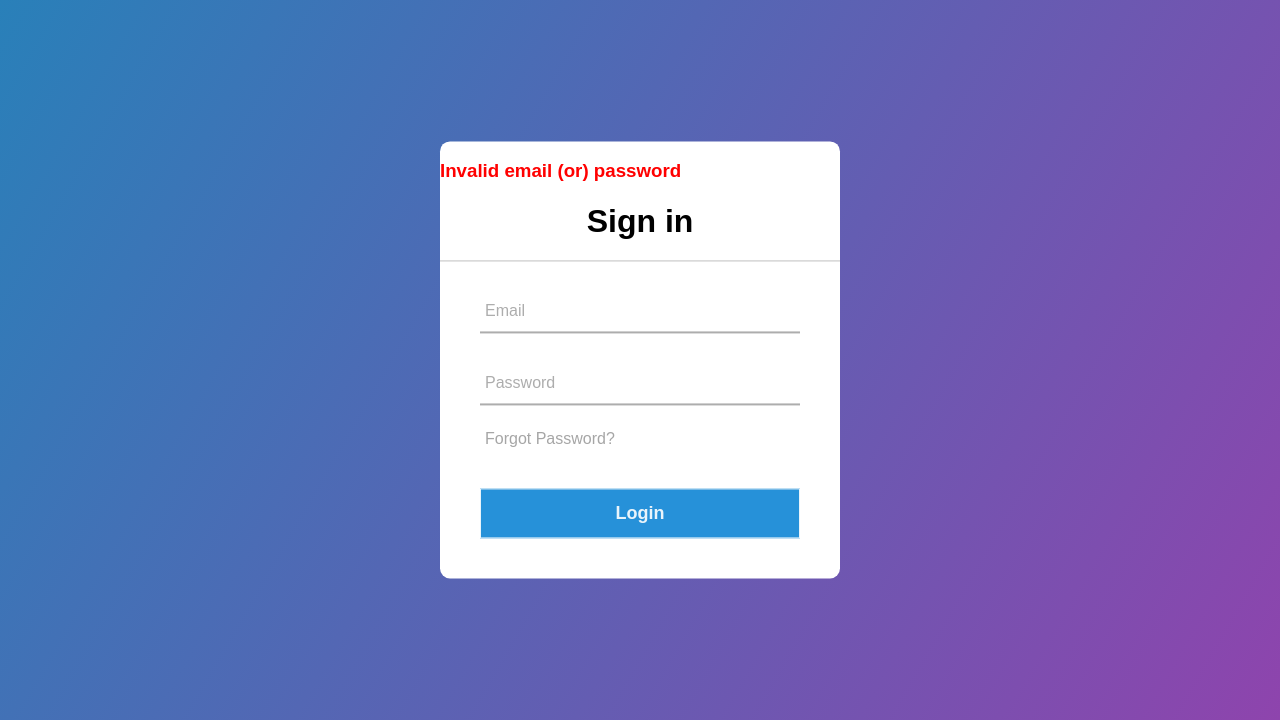
Repository: poornasyamasundar/Software-Project-Manager
Page: SoftwareManager/Templates/login.html
These files come from the project's save history. The page is drawn as it stood at one moment and after the next save; the edit follows.
The browser window is 1280 px wide. The pictures show the whole page.

Above is the page before, as saved 2021-10-19 08:20:37.

### SoftwareManager/Templates/login.html
<!DOCTYPE html>
<html>
	<head>
		<link rel = 'stylesheet' href = 'login.css'>
		<title>
			Login page
		</title>
	</head>
	<body>
		<!-- <div id = 'homeMenu'>
			<div id = 'logo'>Logo and name</div>
			<div id = 'help'>Help</div>
			<div id = 'goback'>Go Back</div>
		</div>
		<div id = 'loginbox'>
			<div id = 'loginlogo'>
				logo
			</div>
			<div id = 'username'>
				username
			</div>
			<div id = 'password'>
				password
			</div>
			<div id = 'login'>
				login
			</div>
			<div id = 'register'>
				register
			</div>
		</div> -->

		<div class="center">

			<h3 style="color: red"> Invalid email (or) password </h3>

			<h1>Sign in</h1>
			<form class="" action="/student/login/check" method="post">
			  <div class="txt_field">
				<input type="email" name="email" value="" required>
				<span></span>
				<label>Email</label>
			  </div>
			  <div class="txt_field">
				<input type="password" name="password" value="" required>
				<span></span>
				<label>Password</label>
			  </div>
			  <div class="pass">Forgot Password?</div>
			  <input type="submit" name="submit" value="Login">
			</form>
		  </div>
	</body>
</html>

### SoftwareManager/Templates/login.css
/* body
{
	background-color: lightpink;
}
#homeMenu
{
	width: 100%;
	height: 80px;
	background-color: lightblue;
}
#logo
{
	width: 30vw;
	height: 80px;
	display: inline-block;
	background-color: lightgreen;
}
#goback
{
	width: 80px;
	height: 80px;
	display: inline-block;
	float: right;
	background-color: red;
}
#help
{
	width: 80px;
	height: 80px;
	display: inline-block;
	float: right;
	background-color: lightgreen;
}
#loginbox
{
	height: 350px;
	width: 300px;
	background-color: orange;
	position: absolute;
	top: 0;
	bottom: 0;
	left: 0;
	right: 0;
	border-radius: 10px;
	margin: auto;
}
#loginlogo
{
	height: 70px;
	width: 260px;
	background-color: lightgreen;
	margin: auto;
	margin-top: 20px;
}
#username, #password
{
	height: 40px;
	width: 260px;
	background-color: lightgreen;
	margin: auto;
	margin-top: 20px;
}
#login
{
	height: 30px;
	width: 120px;
	background-color: lightgreen;
	display: inline-block;
	margin-top: 50px;
	margin-left: 20px;
}
#register
{
	position: relative;
	height: 30px;
	width: 120px;
	background-color: lightgreen;
	display: inline-block;
	margin-left: 20px;
} */

body {
	margin: 0;
	padding: 0;
	/* font-family: montserrat; */
	font-family: 'Montserrat', sans-serif;
	background: linear-gradient(120deg, #2980b9, #8e44ad);
	height: 100vh;
	overflow: hidden;
  }

  .center {
	position: absolute;
	top: 50%;
	left: 50%;
	transform: translate(-50%, -50%);
	width: 400px;
	background: white;
	border-radius: 10px;
  }

  .center h1 {
	text-align: center;
	padding: 0 0 20px 0;
	border-bottom: 1px solid silver;
  }

  .center form {
	padding: 0 40px;
	box-sizing: border-box;
  }

  form .txt_field {
	position: relative;
	border-bottom: 2px solid #adadad;
	margin: 30px 0;
  }

  .txt_field input {
	width: 100%;
	padding: 0 5px;
	height: 40px;
	font-size: 16px;
	border: none;
	background: none;
	outline: none;
  }

  .txt_field label {
	position: absolute;
	top: 50%;
	left: 5px;
	color: #adadad;
	transform: translateY(-50%);
	font-size: 16px;
	pointer-events: none;
  }

  .txt_field span::before {
	content: '';
	position: absolute;
	top: 40px;
	left: 0;
	width: 0%;
	height: 2px;
	background: #2691d9;
	transition: .5s;
  }

  .txt_field input:focus~label,
  .txt_field input:valid~label {
	top: -5px;
	color: #2691d9;
  }

  .txt_field input:focus~span::before,
  .txt_field input:valid~span::before {
	width: 100%;
  }

  .pass {
	margin: -5px 0 20px 5px;
	color: #a6a6a6;
	cursor: pointer;
  }

  .pass:hover {
	text-decoration: underline;
  }

  input[type="submit"] {
	width: 100%;
	height: 50px;
	border: 1px solid;
	background: #2691d9;
	font-size: 18px;
	color: #e9f4fb;
	font-weight: 700;
	cursor: pointer;
	outline: none;
	margin-top: 20px;
	margin-bottom: 40px;
  }

After the next save:
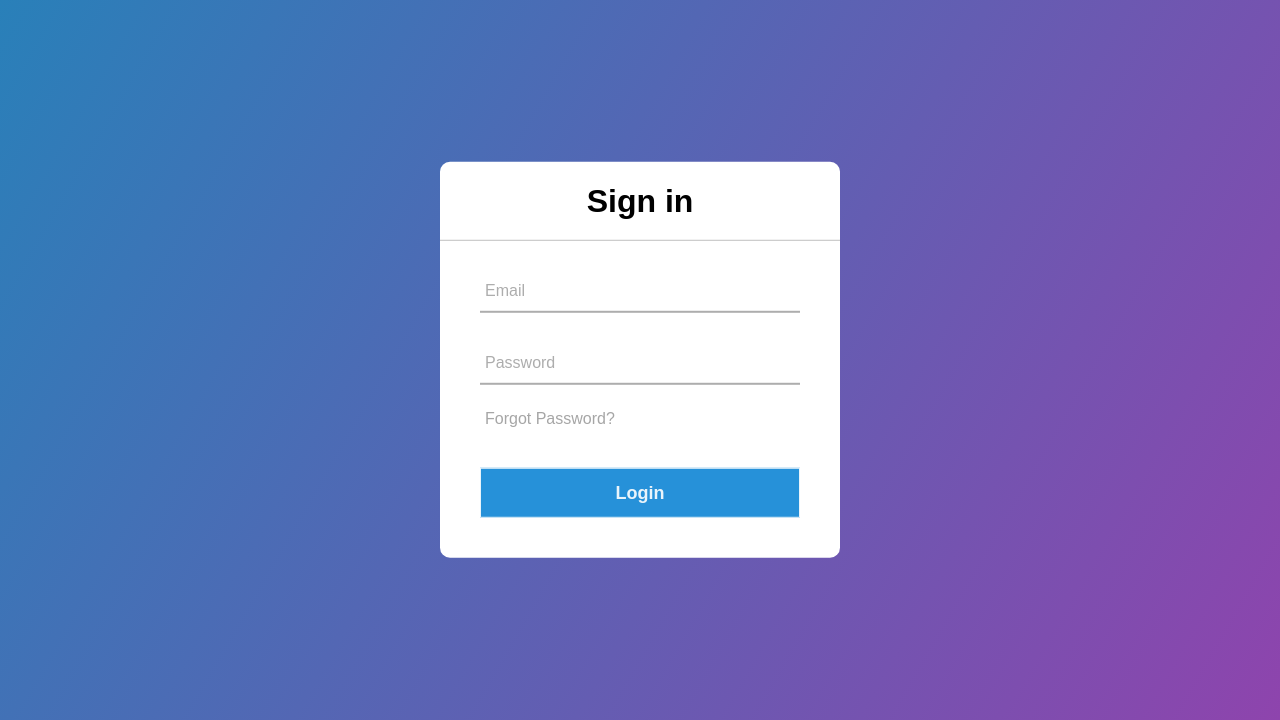
Saved 91 s later.
--- a/SoftwareManager/Templates/login.html
+++ b/SoftwareManager/Templates/login.html
@@ -32,7 +32,7 @@
 
 		<div class="center">
 
-			<h3 style="color: red"> Invalid email (or) password </h3>
+
 
 			<h1>Sign in</h1>
 			<form class="" action="/student/login/check" method="post">
